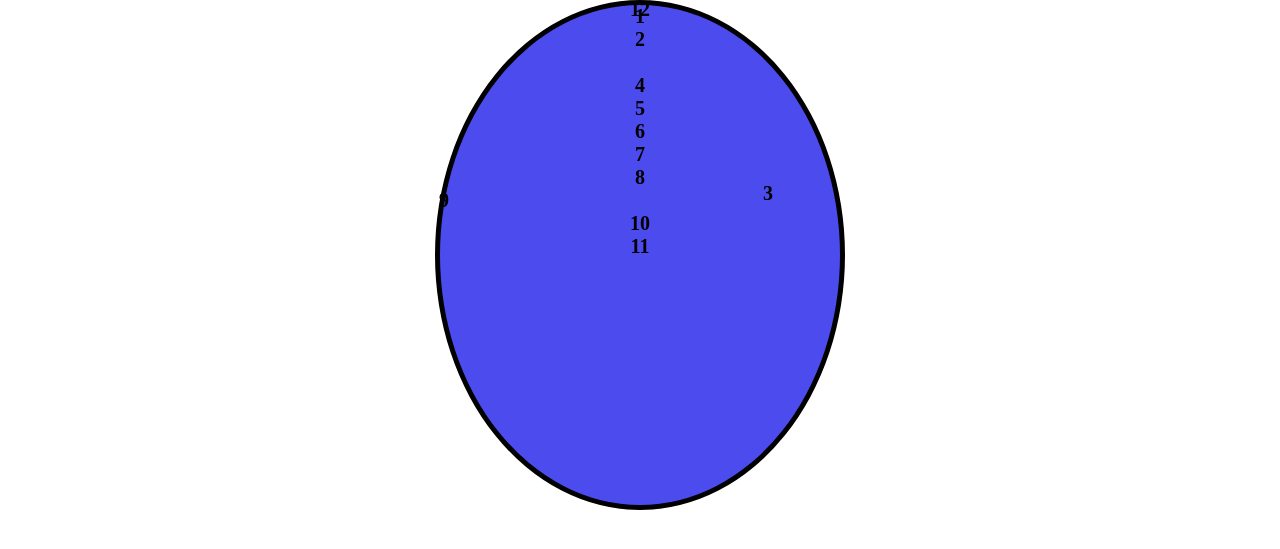
Repository: Eugene44-hub/Analog-clock
Page: index.html
An editor plug-in stored every save of this project. The page is shown before and after the next save, followed by the edit.
The browser window is 1280 px wide. The pictures show the whole page.

Above is the page before, as saved 2021-09-03 21:32:28.

After the next save:
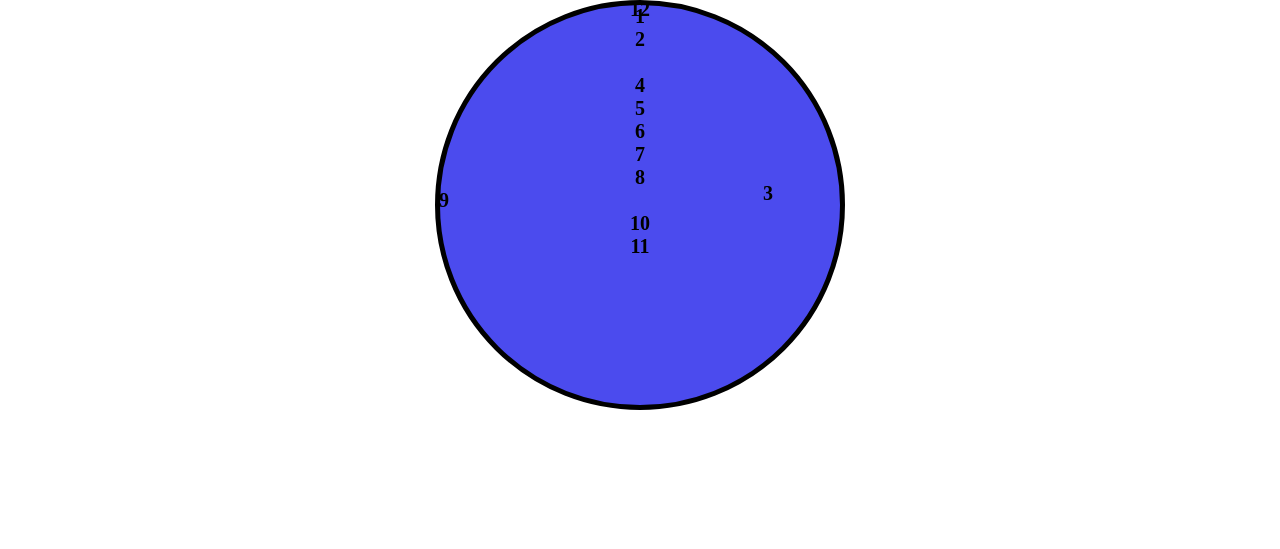
Saved 4 s later.
--- a/style.css
+++ b/style.css
@@ -6,7 +6,7 @@
 .clock {
     background-color: rgb(75, 75, 238);
     width: 400px;
-    height: 500px;
+    height: 400px;
     margin: auto;
     border-radius: 50%;
     border: 5px solid black;
